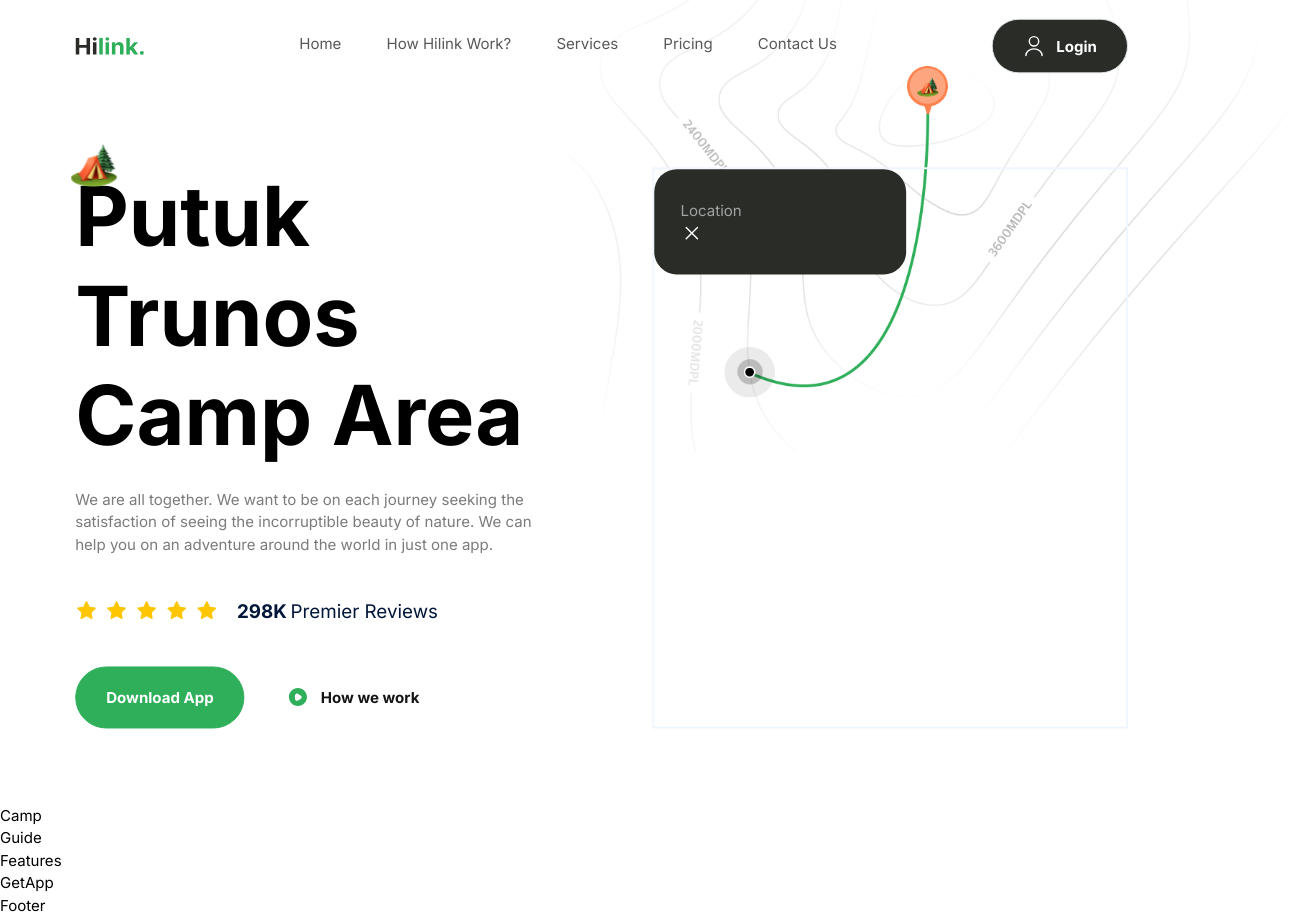
Repository: SouthpawC0der/Modern-reactsite
Page: /
An editor plug-in stored every save of this project. The page is shown before and after the next save, followed by the edit.
The browser window is 1280 px wide. The page is 1392 px wide, so the pictures cover 1392 px, including what lies to the right of the window. The pictures show the whole page, at 94% of full size.
The project was rebuilt for these pictures with package versions that can differ from the ones it lists, and the page was loaded fresh each time. The framework's server and built-in components were replaced by stand-ins that run in the browser. Also part of the build but not shown: next.config.ts.

Above is the page before, as saved 2025-01-30 11:46:13.

### app/layout.tsx
import type { Metadata } from "next";
import "./globals.css";
import Navbar from "@/components/Navbar";
import Footer from "@/components/Footer";

export default function RootLayout({
  children,
}: Readonly<{
  children: React.ReactNode;
}>) {
  return (
    <html lang="en">
      <body>
        <Navbar />
        <main className="relative-overflow-hidden">
        {children}
        </main>
        <Footer />
      </body>
    </html>
  );
}

### app/page.tsx
import Camp from "@/components/Camp";
import Features from "@/components/Features";
import GetApp from "@/components/GetApp";
import Guide from "@/components/Guide";
import Hero from "@/components/Hero";


export default function Home() {
  return (
    <>
    <Hero />
    <Camp />
    <Guide />
    <Features />
    <GetApp />
    </>
  );
}

### app/globals.css

@import url('https://fonts.googleapis.com/css2?family=Inter:wght@400;500;600;700;800&display=swap');

@tailwind base;
@tailwind components;
@tailwind utilities;

* {
  margin: 0;
  padding: 0;
  box-sizing: border-box;
}

body {
  font-family: Inter;
}

@layer utilities {
  .btn_white {
    @apply  border-white bg-white px-8 py-3 text-green-50
  }
  .btn_white_text  {
    @apply  border-white bg-white px-8 py-3 text-gray-90
  }
  .btn_green  {
    @apply  border-green-50 bg-green-50 px-8 py-5 text-white
  }
  .btn_dark_green {
    @apply  bg-green-90 px-8 py-4 text-white transition-all hover:bg-black
  }
  .btn_dark_green_outline  {
    @apply border-gray-20 bg-green-90 px-8 py-5 text-white
  }

  .max-container {
    @apply mx-auto max-w-[1440px];
  }

  .padding-container {
    @apply px-6 lg:px-20 3xl:px-0;
  }

  .flexCenter {
    @apply flex items-center justify-center;
  }

  .flexBetween {
    @apply flex items-center justify-between;
  }

  .flexStart {
    @apply flex items-center justify-start;
  }

  .flexEnd {
    @apply flex items-center justify-end;
  }

  /* FONTS */
  .regular-64 {
    @apply text-[64px] font-[400] leading-[120%];
  }

  .regular-40 {
    @apply text-[40px] font-[400] leading-[120%];
  }

  .regular-32 {
    @apply text-[32px] font-[400];
  }

  .regular-24 {
    @apply text-[24px] font-[400];
  }

  .regular-20 {
    @apply text-[20px] font-[400];
  }

  .regular-18 {
    @apply text-[18px] font-[400];
  }

  .regular-16 {
    @apply text-[16px] font-[400];
  }

  .regular-14 {
    @apply text-[14px] font-[400];
  }

  .medium-14 {
    @apply text-[14px] font-[600];
  }

  .bold-88 {
    @apply text-[88px] font-[700] leading-[120%];
  }

  .bold-64 {
    @apply text-[64px] font-[700] leading-[120%];
  }

  .bold-52 {
    @apply text-[52px] font-[700] leading-[120%];
  }

  .bold-40 {
    @apply text-[40px] font-[700] leading-[120%];
  }

  .bold-32 {
    @apply text-[32px] font-[700] leading-[120%];
  }

  .bold-20 {
    @apply text-[20px] font-[700];
  }

  .bold-18 {
    @apply text-[18px] font-[700];
  }

  .bold-16 {
    @apply text-[16px] font-[700];
  }

  /* Hero */
  .hero-map {
    @apply absolute right-0 top-0 h-screen w-screen bg-pattern-2 bg-cover bg-center md:-right-28 xl:-top-60;
  }

  /* Camp */
  .camp-quote {
    @apply absolute -right-6 bottom-4 w-[140px] lg:bottom-10 xl:-right-8 xl:w-[186px] 3xl:right-0;
  }

  /* Feature */
  .feature-phone {
    @apply absolute top-[13%] z-10 hidden max-w-[1500px] rotate-[15deg] md:-left-16 lg:flex  3xl:left-20;
  }

  /* Get App */
  .get-app {
    @apply max-container relative flex w-full  flex-col justify-between gap-32 overflow-hidden bg-green-90 bg-pattern bg-cover bg-center bg-no-repeat px-6 py-12 text-white sm:flex-row sm:gap-12 sm:py-24 lg:px-20 xl:max-h-[598px] 2xl:rounded-5xl;
  }
}

/* Hide scrollbar for Chrome, Safari and Opera */
.hide-scrollbar::-webkit-scrollbar {
  display: none;
}

/* Hide scrollbar for IE, Edge and Firefox */
.hide-scrollbar {
  -ms-overflow-style: none; /* IE and Edge */
  scrollbar-width: none; /* Firefox */
}

### components/Navbar.tsx
import { NAV_LINKS } from '@/constants'
import Image from 'next/image'
import Link from 'next/link'
import React from 'react'
import Button from './Button'

const Navbar = () => {
  return (
    <nav className='flexBetween max-container padding-container relative z-30 py-5'>
        <Link href="/">
          <Image src="/hilink-logo.svg" alt='logo' width={74} height={29} />
        </Link>

          <ul className='hidden h-full gap-12 lg:flex'>
             {NAV_LINKS.map((link) => (
                <Link href={link.href} key={link.key}
                className='regular-16 text-gray-50 flexCenter cursor-pointer pb-1.5 transition-all hover:font-bold'
                >
                    {link.label}
                </Link>
             ))}
          </ul>

          <div className='lg:flexCenter hidden'>
            <Button
            type='button'
            title='Login'
            icon='/user.svg'
            variant='btn_dark_green'
            />
          </div>

          <Image
          src='menu.svg'
          alt='menu'
          width={32}
          height={32}
          className='inline-block cursor-pointer lg:hidden'
          />
    </nav>
  )
}


export default Navbar

### components/Hero.tsx
import Image from 'next/image'
import React from 'react'
import Button from './Button'

const Hero = () => {
  return (
    <section className='max-container padding-container flex flex-col gap-20 py-10 pb-32 md:gap-28
     lg:py-20 xl:flex-row '>
        <div className='hero-map' />

        <div className='relative z-10 flex flex-1 flex-col xl:w-1/2'>
            <Image
            src='/camp.svg'
            alt='camp'
            width={50}
            height={50}
            className='absolute left-[-5px] top-[-30px] w-10 lg:w-[50px]'
             />
             <h1 className='bold-32 lg:bold-88'>Putuk Trunos Camp Area</h1>
             <p className='regular-16 mt-6 text-gray-30 xl:max-[520px]'>
                We are all together. We want to be on each journey seeking the
                satisfaction of seeing the incorruptible beauty of nature. We can
                help you on an adventure around the world in just one app.
             </p>

             <div className='my-11 flex flex-wrap gap-5'>
                <div className='flex items-center gap-2'>
                    {Array(5).fill(1).map((_, index) => (
                        <Image
                        src='/star.svg'
                        key={index}
                        alt='star'
                        width={24}
                        height={24}
                        />
                    ))}
                </div>
                <p className='bold-16 lg:bold-20 text-blue-70'>
                    298K
                    <span className='regular-16 lg:regular-20 ml-1'>Premier Reviews</span>
                </p>
             </div>
             <div className='flex flex-col w-full gap-3 sm:flex-row'>
                    <Button
                    type='button'
                    title='Download App'
                    variant='btn_green'
                    />
                    <Button
                    type='button'
                    title='How we work'
                    icon='/play.svg'
                    variant='btn_white_text'
                    />
             </div>
        </div>

        <div className='relative flex flex-1 items-start border-2 border-blue-50'>
           <div className='relative z-20 w-[268px] flex-col gap-8 rounded-3xl bg-green-90 px-7 py-8'>
            <div className='flex flex-col'>
                <div className='flexBetween'>
                    <p className='regular-16 text-gray-20'>Location
                        <Image
                          src='/close.svg'
                          alt='close'
                          width={24}
                          height={24}
                        />
                    </p>
                </div>
            </div>
            </div>
        </div>
    </section>
  )
}

export default Hero

### components/Button.tsx
import Image from 'next/image';
import React from 'react'

type ButtonProps = {
    type: 'button' | 'submit';
    title: string;
    icon?: string,
    variant: string
}

const Button = ( {type, title, icon, variant }: ButtonProps) => {
  return (
    <button
    className={`flexCenter gap-3 rounded-full border ${variant}`}
    type={type}

    >
        {icon && <Image src={icon} alt={title} width={24} height={24} />}
        <label className='bold-16 whitespace-nowrap'>{title}</label>
    </button>
  )
}

export default Button

Loaded but not shown: components/Footer.tsx (common file); components/Camp.tsx (common file); components/Features.tsx (common file); components/GetApp.tsx (common file); components/Guide.tsx (common file); constants/index.ts (common file); tailwind.config.ts (common file)

After the next save:
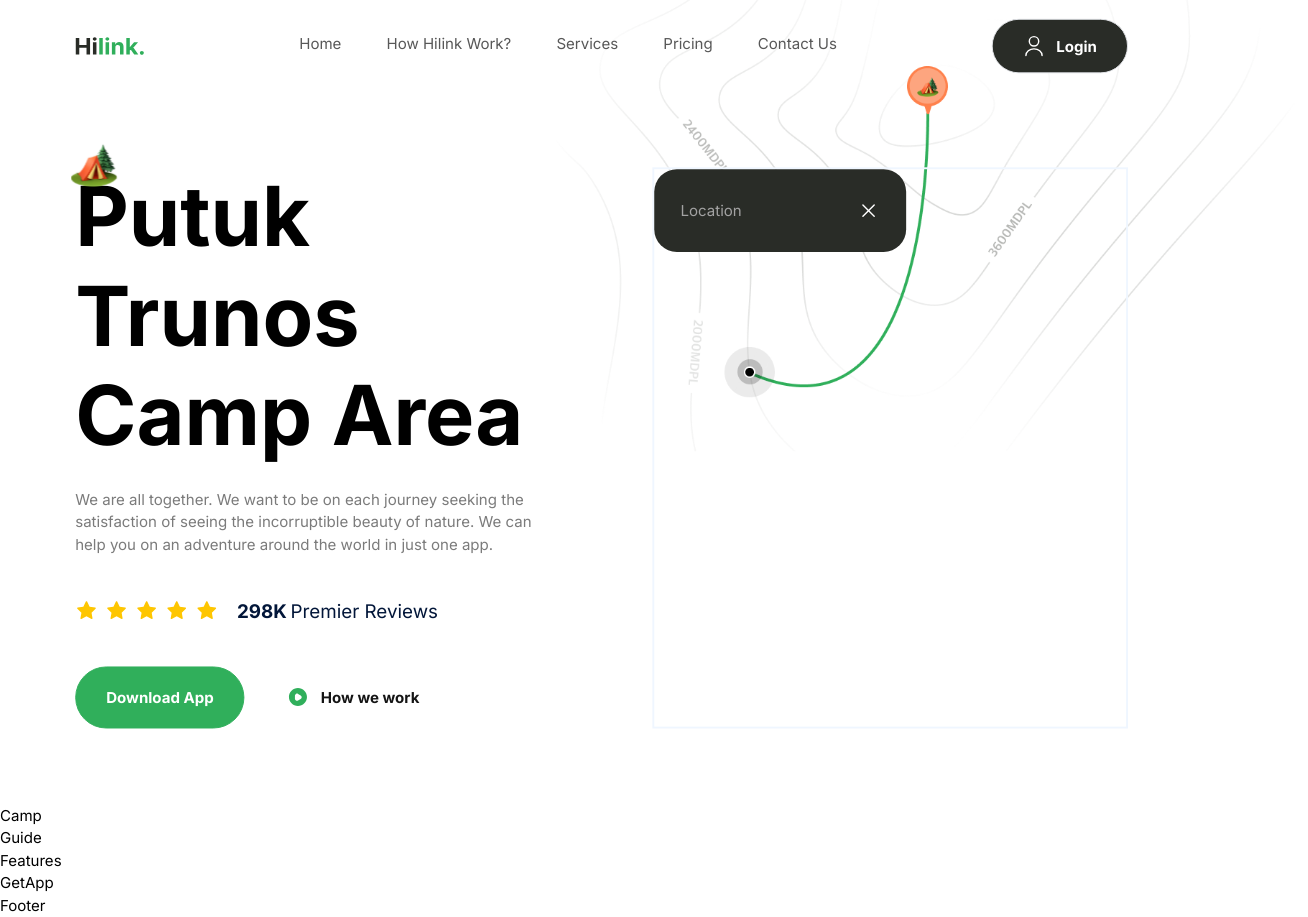
Saved 5 min 19 s later.
--- a/components/Hero.tsx
+++ b/components/Hero.tsx
@@ -59,14 +59,13 @@ const Hero = () => {
            <div className='relative z-20 w-[268px] flex-col gap-8 rounded-3xl bg-green-90 px-7 py-8'>
             <div className='flex flex-col'>
                 <div className='flexBetween'>
-                    <p className='regular-16 text-gray-20'>Location
+                    <p className='regular-16 text-gray-20'>Location</p>
                         <Image
                           src='/close.svg'
                           alt='close'
                           width={24}
                           height={24}
                         />
-                    </p>
                 </div>
             </div>
             </div>
